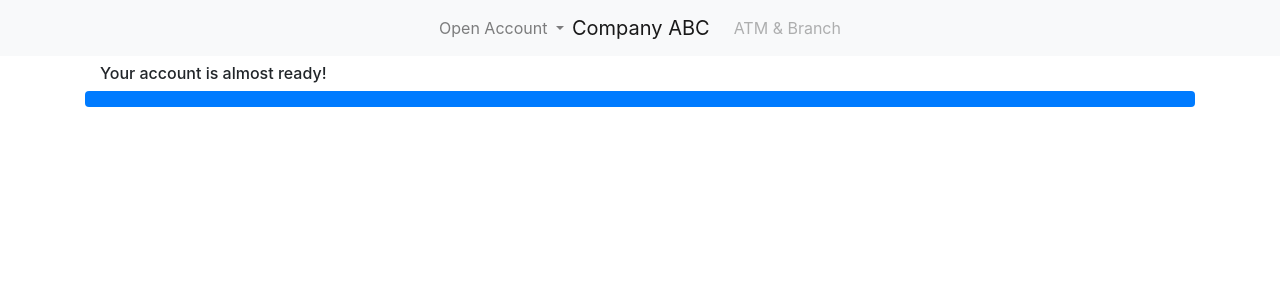
Repository: barriosan95/banking-opening-account-demo
Page: http://localhost/checking/application/customerInfo/finances/agreements/deposit/success
The author's editor kept a record of every edit. The page is drawn from the files as they stood at one moment, then again after the next edit.
The browser window is 1280 px wide. The pictures show the whole page.
Some web fonts or font styles are not loaded; a fallback is used. Some web libraries are served in a nearby version. The page is served by the project's Node server (index.js).

Above is the page before.

### views/success_app.ejs
<% include ./partials/header %>
    <div class ="container">
        <div class ="container mt-2">
            <h6 class="mb-0"> Your account is almost ready! <h6>
        </div>
        <div class="progress">
            <div class="progress-bar" role="progressbar" style="width: 100%" aria-valuenow="100im " aria-valuemin="0" aria-valuemax="100"></div>
        </div>

<% include ./partials/footer %>

### views/partials/header.ejs
<!DOCTYPE HTML!>
<html>

    <head>


        <!--CDN Bootstrap v4.1.3-->
        <link rel="stylesheet" href="https://stackpath.bootstrapcdn.com/bootstrap/4.1.3/css/bootstrap.min.css">
        <link rel="stylesheet" href="https://cdnjs.cloudflare.com/ajax/libs/font-awesome/4.7.0/css/font-awesome.min.css">

        <!--Ref stylesheets -->
        <link rel= "stylesheet" type="text/css" href="/styles/app.css">


        <!--font -->
        <link href="https://fonts.googleapis.com/css?family=Muli:200,300,400,700,800" rel="stylesheet">


        <!--Will ensure proper responsivness on mobile devices-->
        <meta name="viewport" content="width=device-width, initial-scale=1, shrink-to-fit=no">

        <title> Banking OA Demo </title>

        <meta name="viewport" content="width=device-width, initial-scale=1, maximum-scale=1, user-scalable=no">

    </head>

    <body>

    <!--NAVBAR-->
        <nav class="navbar navbar-expand-lg navbar-light bg-light">
            <button class="navbar-toggler" type="button" data-toggle="collapse" data-target="#navbarNavDropdown" aria-controls="navbarNavDropdown" aria-expanded="false" aria-label="Toggle navigation">
                <span class="navbar-toggler-icon"></span>
            </button>

            <div class="collapse navbar-collapse" id="navbarNavDropdown">
                <ul class="navbar-nav mx-auto">
                    <li class="nav-item dropdown">
                        <a class="nav-link dropdown-toggle" href="#" id="navbarDropdown" role="button" data-toggle="dropdown">
                            Open Account
                        </a>
                        <div class="dropdown-menu" aria-labelledby="navbarDropdown">
                          <a class="dropdown-item" href="/checking">Checking Accounts</a>
                          <div class="dropdown-divider"></div>
                          <a class="dropdown-item" href="/savings">Savings Accounts </a>
                          <div class="dropdown-divider"></div>
                          <a class="dropdown-item" href="#">Money Market Accounts</a>
                          <div class="dropdown-divider"></div>
                          <a class="dropdown-item" href="#">CD and IRA's</a>

                        </div>
                    </li>
                    <a class="navbar-brand" href="/"> Company ABC </a>
                     <li class="nav-item">
                        <a class="nav-link disabled" href="#">ATM & Branch</a>
                     </li>
                </ul>
            </div>
        </nav>

### views/partials/footer.ejs

        <!--Bootstrap js scripts-->
        <script src="https://code.jquery.com/jquery-3.3.1.min.js" integrity="sha256-FgpCb/KJQlLNfOu91ta32o/NMZxltwRo8QtmkMRdAu8="crossorigin="anonymous"></script>
        <script src="https://cdnjs.cloudflare.com/ajax/libs/popper.js/1.12.9/umd/popper.min.js" integrity="sha384-ApNbgh9B+Y1QKtv3Rn7W3mgPxhU9K/ScQsAP7hUibX39j7fakFPskvXusvfa0b4Q" crossorigin="anonymous"></script>
        <script src="https://maxcdn.bootstrapcdn.com/bootstrap/4.0.0/js/bootstrap.min.js" integrity="sha384-JZR6Spejh4U02d8jOt6vLEHfe/JQGiRRSQQxSfFWpi1MquVdAyjUar5+76PVCmYl" crossorigin="anonymous"></script>
        <!--JS SCIPTs -->

        <script src="/js/forms.js"></script>
        <script src="https://cdn.jsdelivr.net/npm/jquerykeyframes@1.0.5/dist/jquery.keyframes.min.js"></script>

    </body>
</html>

### index.js
const express = require('express');


const mainRoutes = require('./routes/main');

//APP CONFIGURATIONS
var app = express();
    app.set('view engine','ejs');
    app.use(express.static("public"));
    app.use(mainRoutes);





app.listen(process.env.PORT,process.env.IP,function(){
    console.log('Server established.');
});

### routes/main.js
const express = require('express');

const router = express.Router();

router.get("/", function(req,res){
    res.render('main');
});

router.get("/checking",function(req,res){
    res.render('checking');
});

router.get("/savings",function(req,res){
    res.render('savings');
});

router.get("/checking/application",function(req,res){
   res.render('checking_app');
});

router.get("/checking/application/customerInfo",function(req,res){
   res.render('info_app');
});

router.get("/checking/application/customerInfo/finances", function(req,res){
    res.render('finances_app');
});

router.get("/checking/application/customerInfo/finances/agreements", function(req,res){
    res.render('agreement_app');
});

router.get("/checking/application/customerInfo/finances/agreements/deposit", function(req,res){
    res.render('deposit_app');
});

router.get("/checking/application/customerInfo/finances/agreements/deposit/success", function(req,res){
    res.render('success_app');
});


module.exports = router;

### public/styles/app.css
.app-img{
    max-height: 40%;
    max-width: 40%;
}

Loaded but not shown: public/js/forms.js (no copy from this time; the picture is the same without it)

After the next edit:
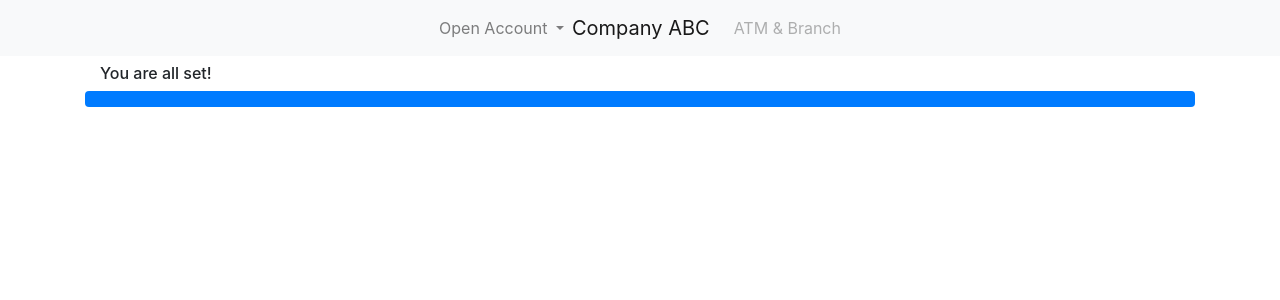
The edit:
--- a/views/success_app.ejs
+++ b/views/success_app.ejs
@@ -1,7 +1,7 @@
 <% include ./partials/header %>
     <div class ="container">
         <div class ="container mt-2">
-            <h6 class="mb-0"> Your account is almost ready! <h6>
+            <h6 class="mb-0"> You are all set!<h6>
         </div>
         <div class="progress">
             <div class="progress-bar" role="progressbar" style="width: 100%" aria-valuenow="100im " aria-valuemin="0" aria-valuemax="100"></div>
